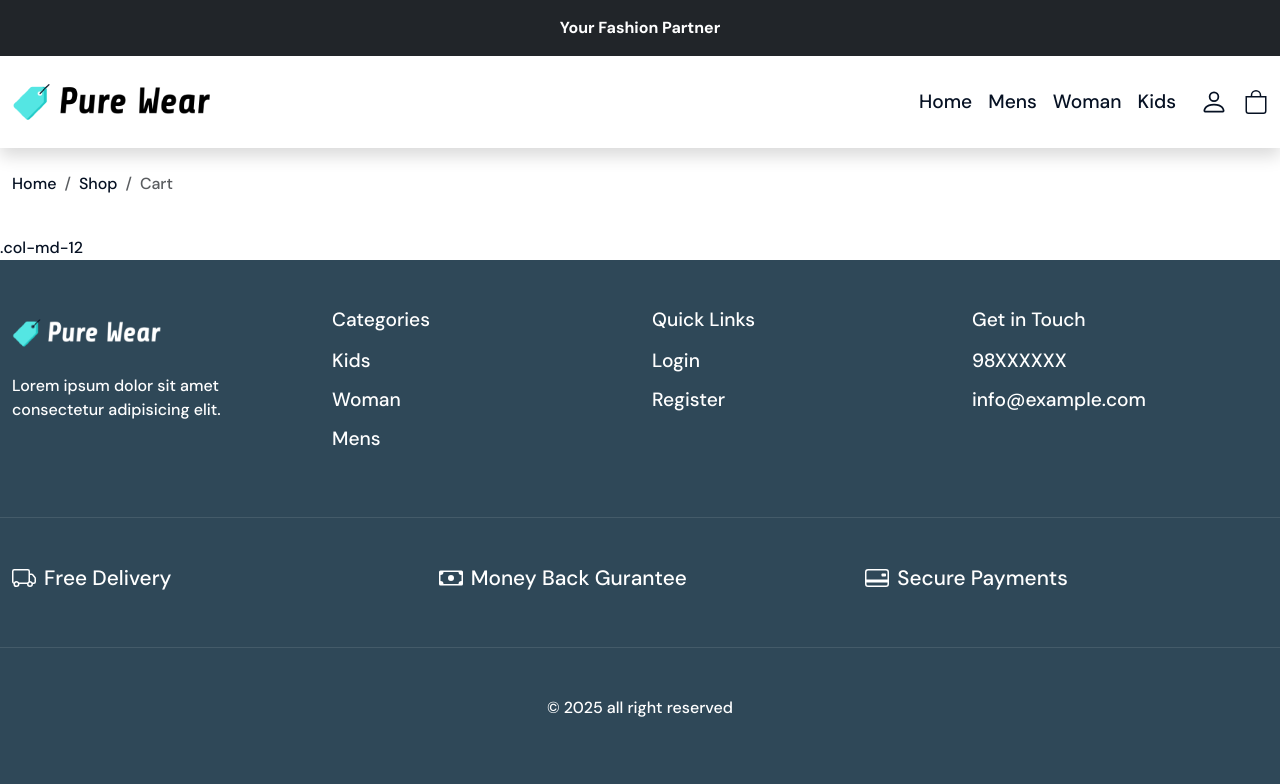
Repository: rajendratamang/react_ecommerce
Page: /cart
These files come from the project's save history. The page is drawn as it stood at one moment and after the next save; the edit follows.
The browser window is 1280 px wide. The pictures show the whole page.
The project was rebuilt for these pictures with package versions that can differ from the ones it lists, and the page was loaded fresh each time. Also part of the build but not shown: vite.config.js, src/components/common/LatestProduct.jsx, src/components/common/FeaturedProducts.jsx, src/components/Home.jsx, src/components/Shop.jsx, src/components/Product.jsx.

Above is the page before, as saved 2025-11-06 14:45:54.

After the next save:
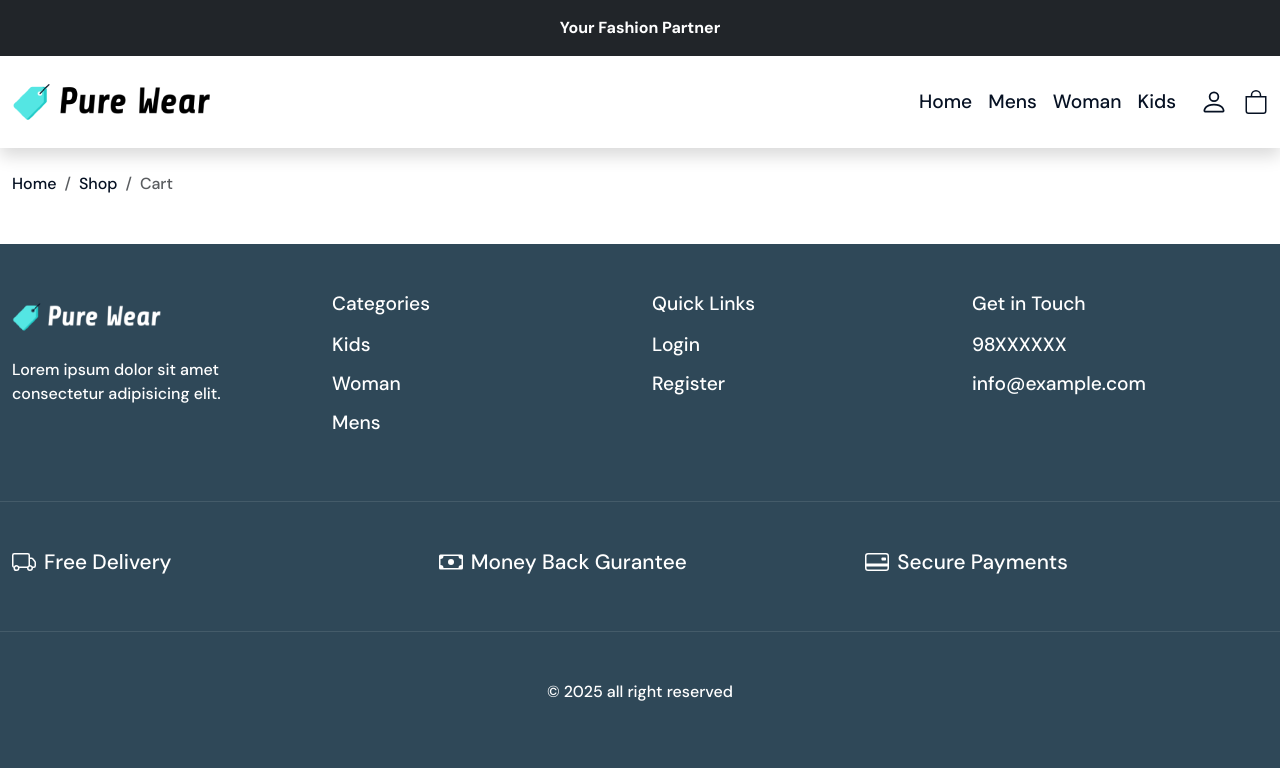
Saved 5 s later.
--- a/src/components/Cart.jsx
+++ b/src/components/Cart.jsx
@@ -18,7 +18,9 @@ const Cart = () => {
                             </ol>
                         </nav>
                     </div>
-                    .col-md-12
+                    <div className="col-md-12">
+                        <h2></h2>
+                    </div>
                 </div>
             </div>
         </Layout>
